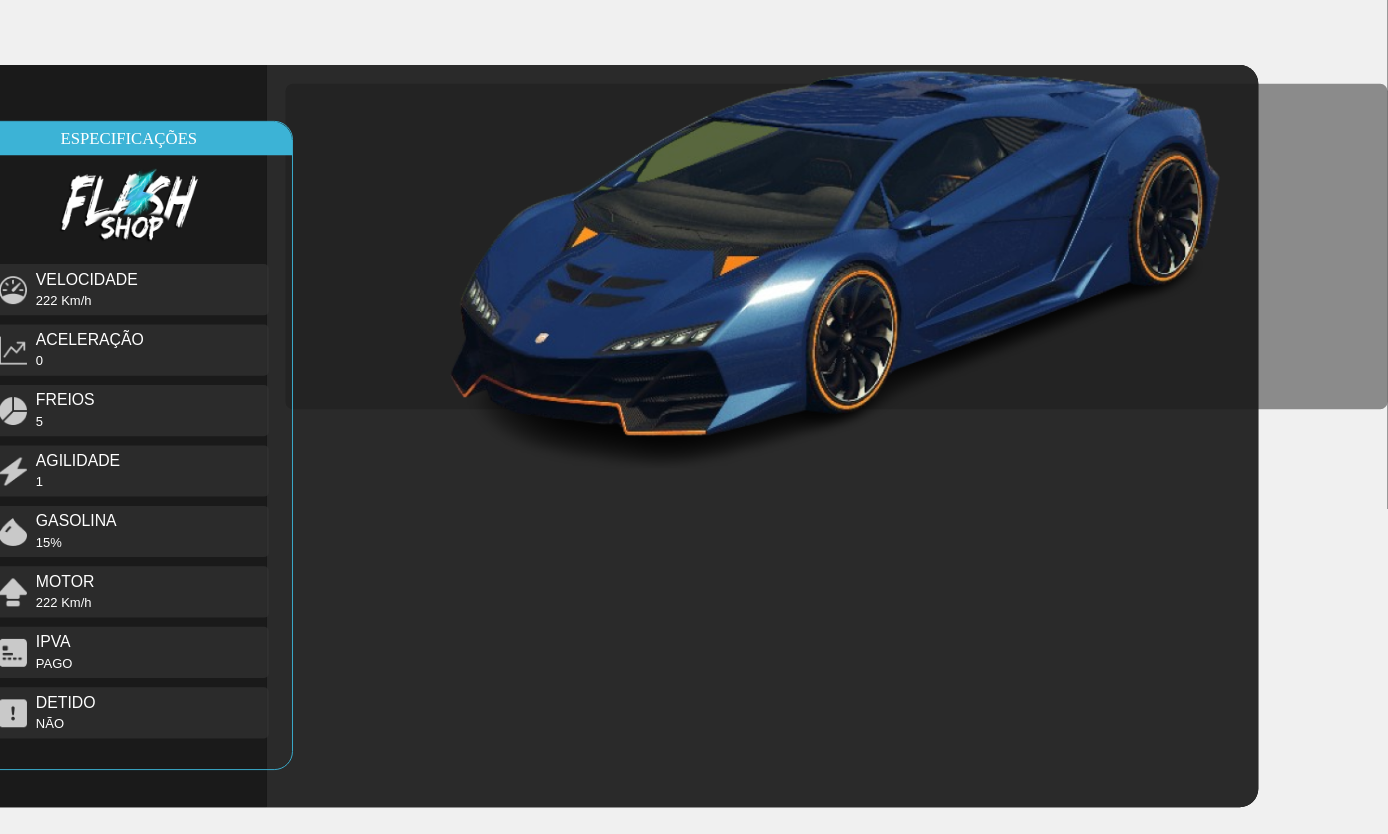
Repository: DuMCorrea/Garagem
Page: index.html
An editor plug-in stored every save of this project. The page is shown before and after the next save, followed by the edit.
The browser window is 1280 px wide. The page is 1492 px wide, then 1353 px, so the pictures cover 1492 px, including what lies to the right of the window. The pictures show the whole page, at 93% of full size.
Some web fonts or font styles are not loaded; a fallback is used.

Above is the page before, as saved 2024-08-22 11:47:37.

### index.html
<!DOCTYPE html>
<html lang="pt-BR">
<head>
    <meta charset="UTF-8">
    <meta name="viewport" content="width=device-width, initial-scale=1.0">
    <link href="https://fonts.googleapis.com/css2?family=Baloo+Bhai&display=swap" rel="stylesheet">
    <title>Div Principal</title>
    <link rel="stylesheet" href="styles.css">
</head>
<body>
    <div class="div-principal">
        <div class="div-esquerda">
            <div class="retangulo-informacoes-3 duplicadoo">
                <img src="assets/FlashStore 2.png" alt="Imagem Mecânico" class="imagem-mecanico">
                <div class="titulo-retangulo">ESPECIFICAÇÕES</div>
                <div class="saldo-conteudo">
                    <div class="saldo-item">
                        <img src="assets/Velo.png" alt="Imagem de Carteira" class="saldo-imagem">
                        <div class="saldo-texto">
                            <p class="saldo-titulo">VELOCIDADE</p>
                            <p class="saldo-valor">222 Km/h</p>
                        </div>
                    </div>
                    <div class="saldo-item">
                        <img src="assets/Ace.png" alt="Imagem de Carteira" class="saldo-imagem">
                        <div class="saldo-texto">
                            <p class="saldo-titulo">ACELERAÇÃO</p>
                            <p class="saldo-valor">0</p>
                        </div>
                    </div>
                    <div class="saldo-item">
                        <img src="assets/Freios.png" alt="Imagem de Carteira" class="saldo-imagem">
                        <div class="saldo-texto">
                            <p class="saldo-titulo">FREIOS</p>
                            <p class="saldo-valor">5</p>
                        </div>
                    </div>
                    <div class="saldo-item">
                        <img src="assets/Agi.png" alt="Imagem de Carteira" class="saldo-imagem">
                        <div class="saldo-texto">
                            <p class="saldo-titulo">AGILIDADE</p>
                            <p class="saldo-valor">1</p>
                        </div>
                    </div>
                    <div class="saldo-item">
                        <img src="assets/Gaso.png" alt="Imagem de Carteira" class="saldo-imagem">
                        <div class="saldo-texto">
                            <p class="saldo-titulo">GASOLINA</p>
                            <p class="saldo-valor">15%</p>
                        </div>
                    </div>
                    <div class="saldo-item">
                        <img src="assets/Motor.png" alt="Imagem de Carteira" class="saldo-imagem">
                        <div class="saldo-texto">
                            <p class="saldo-titulo">MOTOR</p>
                            <p class="saldo-valor">222 Km/h</p>
                        </div>
                    </div>
                    <div class="saldo-item">
                        <img src="assets/Ipva.png" alt="Imagem de Carteira" class="saldo-imagem">
                        <div class="saldo-texto">
                            <p class="saldo-titulo">IPVA</p>
                            <p class="saldo-valor">PAGO</p>
                        </div>
                    </div>
                    <div class="saldo-item">
                        <img src="assets/Detido.png" alt="Imagem de Carteira" class="saldo-imagem">
                        <div class="saldo-texto">
                            <p class="saldo-titulo">DETIDO</p>
                            <p class="saldo-valor">NÃO</p>
                        </div>
                    </div>

                </div>
            </div>
        </div>


        <div class="div-direita">
            <div class="retangulo-fundo">
                <img src="assets/CarroMaior.png" alt="Imagem Central" class="imagem-central">
            </div>
        </div>
    </div>
</body>
</html>

### styles.css
body {
    display: flex;
    flex-direction: column;
    align-items: center;
    margin: 0;
    background-color: #f0f0f0;
    font-family: 'Baloo Bhai';
    overflow-y: auto;
    margin-top: 70px;
}

.div-principal {
    position: relative;
    display: flex;
    width: 1425px;
    height: 798px;
    border-radius: 20px;
    background-color: #010101;
    margin-bottom: 20px;
}

.div-esquerda {
    width: 27%; /* Ocupa 30% da largura da div-principal */
    background-color: #1A1A1A; /* Cor de fundo diferente para destaque */
    border-radius: 20px 0px 0px 20px; /* Canto arredondado na esquerda */
    padding: 20px;
}

.div-direita {
    width: 72%; /* Ocupa 70% da largura da div-principal */
    background-color: #2A2A2A; /* Cor de fundo diferente para destaque */
    border-radius: 0px 20px 20px 0px; /* Canto arredondado na direita */
    padding: 20px;
}

.retangulo-informacoes-3 {
    width: 320px;
    height: 232px;
    position: absolute;
    top: 580px;
    left: 462px;
    border-radius: 20px;
    border: 1px solid #3CB3D6;
    background-color: rgba(0, 0, 0, 0); /* Ajuste da opacidade de fundo */
    opacity: 1; /* Visibilidade ativada */
}
.duplicadoo {
    width: 350px;
    height: 696px;
    position: absolute;
    top: 60px;
    left: 35px;
    border-radius: 20px;
    border: 1px solid #3CB3D6;
    background-color: rgba(0, 0, 0, 0); /* Ajuste da opacidade de fundo */
    opacity: 1; /* Visibilidade ativada */
}

.titulo-retangulo {
    width: 100%; /* Ajusta a largura ao do retângulo */
    height: 36px;
    background: #3CB3D6; /* Cor de fundo */
    border-radius: 20px 20px 0 0; /* Arredonda apenas os cantos superiores */
    color: white; /* Cor do texto */
    font-size: 18px; /* Tamanho do texto */
    line-height: 36px; /* Centraliza verticalmente o texto */
    text-align: center; /* Centraliza horizontalmente o texto */
    position: absolute;
    top: 0; /* Alinha o título ao topo do retângulo */
    left: 0; /* Alinha o título à esquerda do retângulo */
}

.status-rectangle {
    width: 300px;
    height: 35px;
    position: absolute;
    top: 130px;
    left: 16px;
    display: flex;
    align-items: center;
    justify-content: space-between; /* Ajuste para espaçar os textos */
    padding: 0 10px; /* Adicione um pequeno padding para afastar o texto das bordas */
    border-radius: 5px;
    opacity: 1; /* Tornar o retângulo visível */
    background: #37373796;
  }
  .status-text {
    font-size: 14px;
    color: #fff;
    font-family: 'Baloo Bhai', sans-serif;
  }

  .imagem-mecanico {
    display: block;
    margin: 0 auto; /* Centraliza a imagem horizontalmente */
    width: 50%; /* Ajuste a largura da imagem conforme necessário */
    height: 25%; /* Ajuste a altura da imagem conforme necessário */
    position: absolute;
    top: 0px; /* Ajuste a posição vertical da imagem */
    left: 50%;
    transform: translateX(-50%); /* Centraliza a imagem em relação ao retângulo */
}








.saldo-imagem {
    width: 30px;
    height: 30px;
    margin-right: 10px; /* Espaçamento entre a imagem e o texto */
}
.saldo-conteudo {
    display: flex;
    flex-direction: column;
    align-items: center;
    justify-content: center;
    height: 100%;
    padding: 10px;
    gap: 10px; /* Espaçamento entre os retângulos */
    margin-top: 50px;
}

.saldo-item {
    display: flex;
    align-items: center;
    width: 280px;
    height: 35px;
    border-radius: 5px;
    background: #37373796;
    padding: 10px;
}

.saldo-texto {
    display: flex;
    flex-direction: column;
    gap: 2px; /* Espaçamento reduzido entre o título e o valor */
    font-family: 'Baloo Bhai', sans-serif;


}

.saldo-titulo {
    font-family: 'Baloo Bhai', sans-serif;
    font-size: 17px;
    font-weight: 400;
    line-height: 20px; /* Ajuste na altura da linha para deixar os textos mais próximos */
    text-align: left;
    color: white;
    margin: 0;
}
.saldo-valor {
    font-family: 'Baloo Bhai', sans-serif;
    font-size: 14px;
    font-weight: 400;
    line-height: 20px; /* Ajuste na altura da linha para deixar os textos mais próximos */
    text-align: left;
    color: white;
    margin: 0;
}



/* DIV DA DIREITA */






.retangulo-fundo {
    width: 1185px;
    height: 350px;
    background: rgba(29, 28, 28, 0.48); /* Cor com opacidade */
    border-radius: 8px;
    display: flex;
    justify-content: center;
    align-items: center;
}

.imagem-central {
    width: 850px;
    height: 478.6px;
}

After the next save:
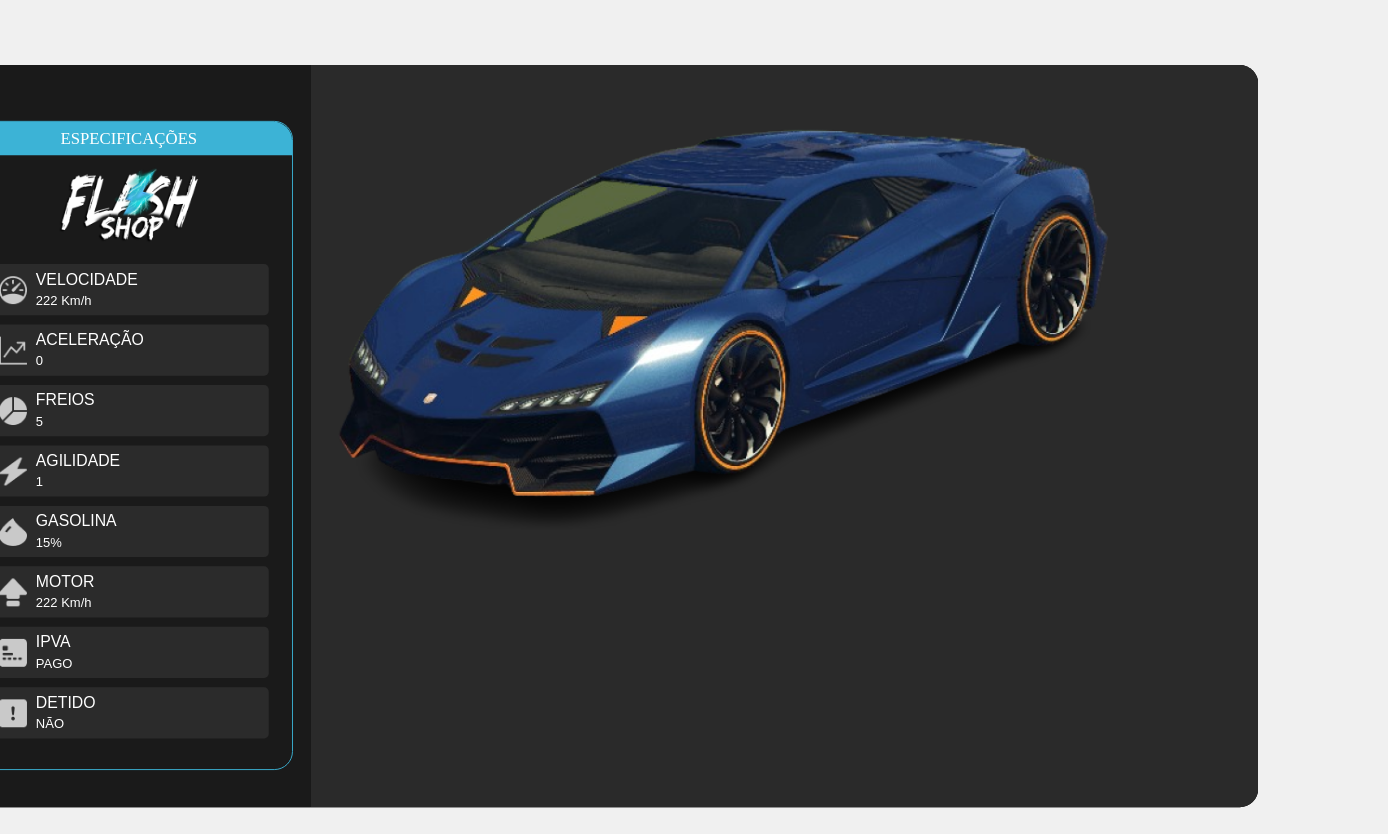
Saved 34 s later.
--- a/styles.css
+++ b/styles.css
@@ -165,23 +165,3 @@
 
 
 /* DIV DA DIREITA */
-
-
-
-
-
-
-.retangulo-fundo {
-    width: 1185px;
-    height: 350px;
-    background: rgba(29, 28, 28, 0.48); /* Cor com opacidade */
-    border-radius: 8px;
-    display: flex;
-    justify-content: center;
-    align-items: center;
-}
-
-.imagem-central {
-    width: 850px;
-    height: 478.6px;
-}
